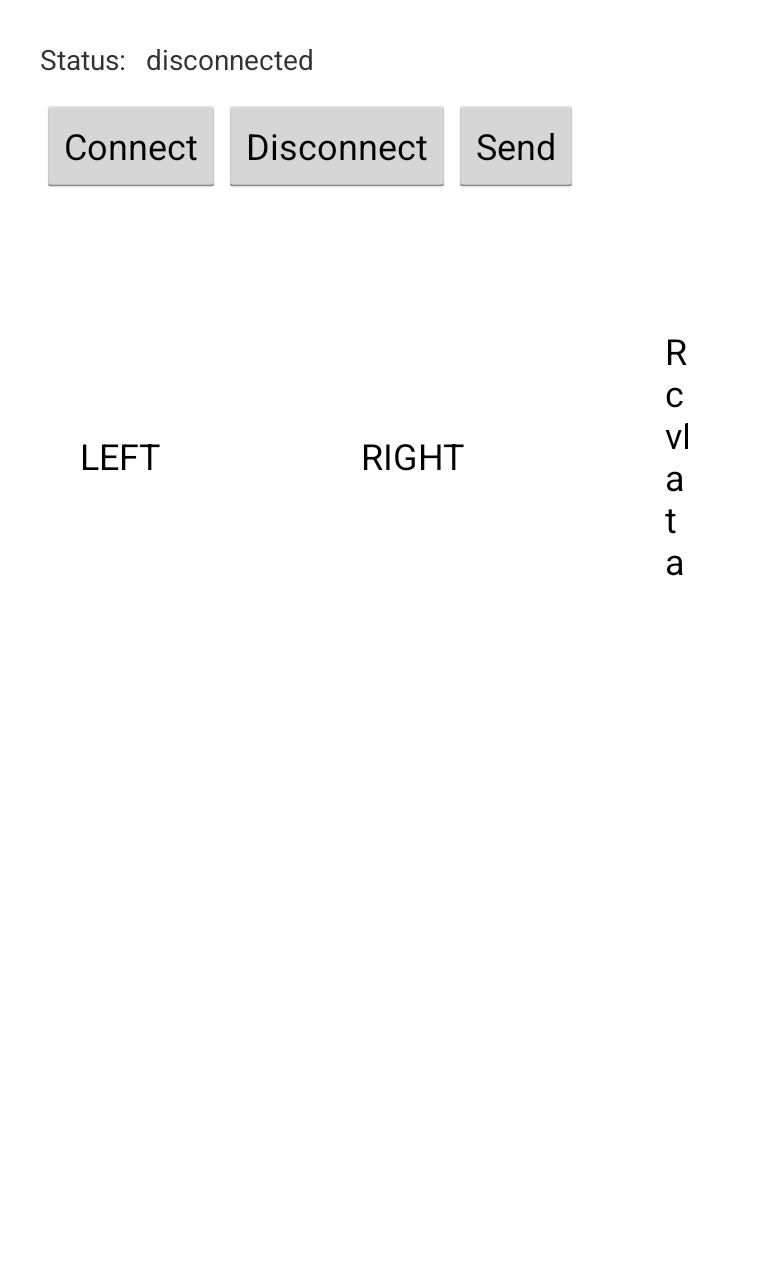
Repository: bigw00d/BleSampleRep
Layout: Android/BleSample2/res/layout/activity_main.xml
The author's editor kept a copy of each file at every save. The layout is drawn from the files as they stood at one save, then again after the next save.
It is drawn on a 768 x 1280 px phone screen (xhdpi) without system bars, with theme AppTheme; the app's code is not run.

Above is the layout before, as saved 2015-10-03 07:21:13.

After the next save:
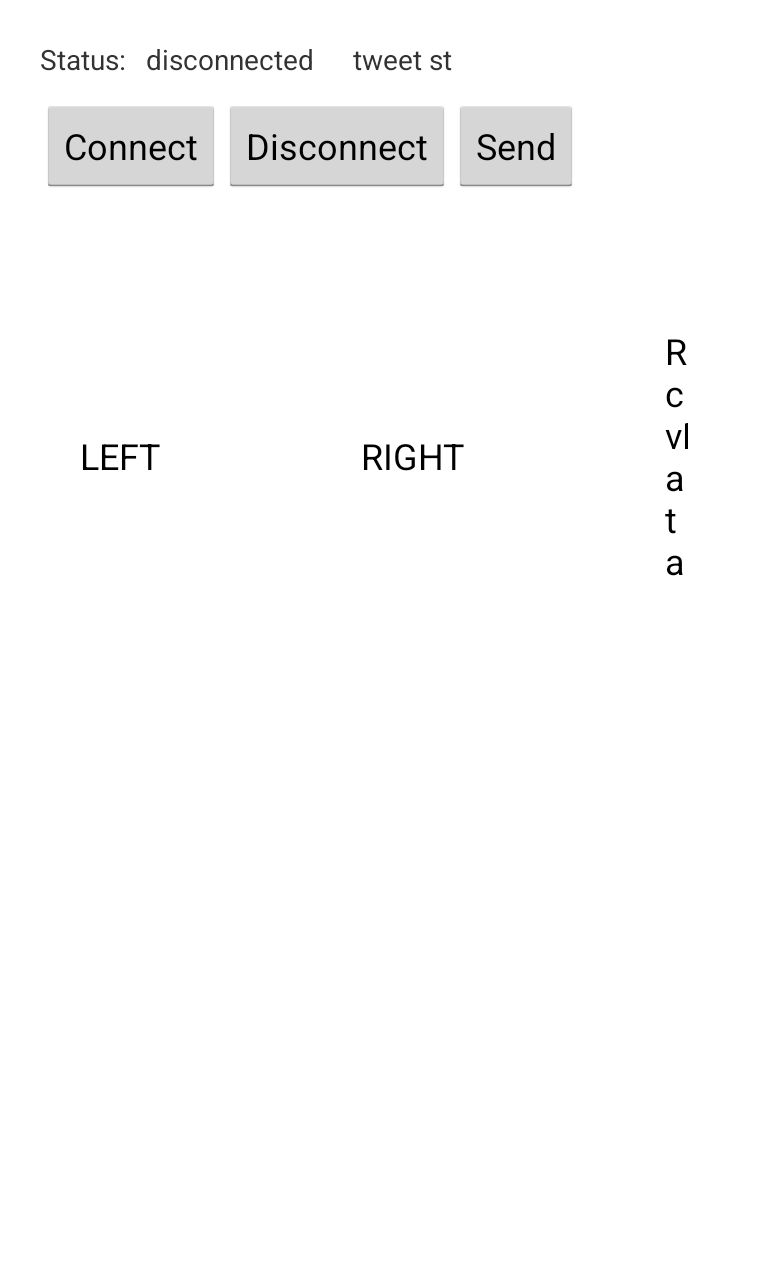
Saved 2 min 25 s later.
--- a/Android/BleSample2/res/layout/activity_main.xml
+++ b/Android/BleSample2/res/layout/activity_main.xml
@@ -93,4 +93,12 @@
         android:layout_toRightOf="@+id/btn_disconnect"
         android:text="Send" />
 
+    <TextView
+        android:id="@+id/tweet_text"
+        android:layout_width="wrap_content"
+        android:layout_height="wrap_content"
+        android:layout_alignBottom="@+id/text_status"
+        android:layout_toLeftOf="@+id/btn_send"
+        android:text="tweet st" />
+
 </RelativeLayout>
